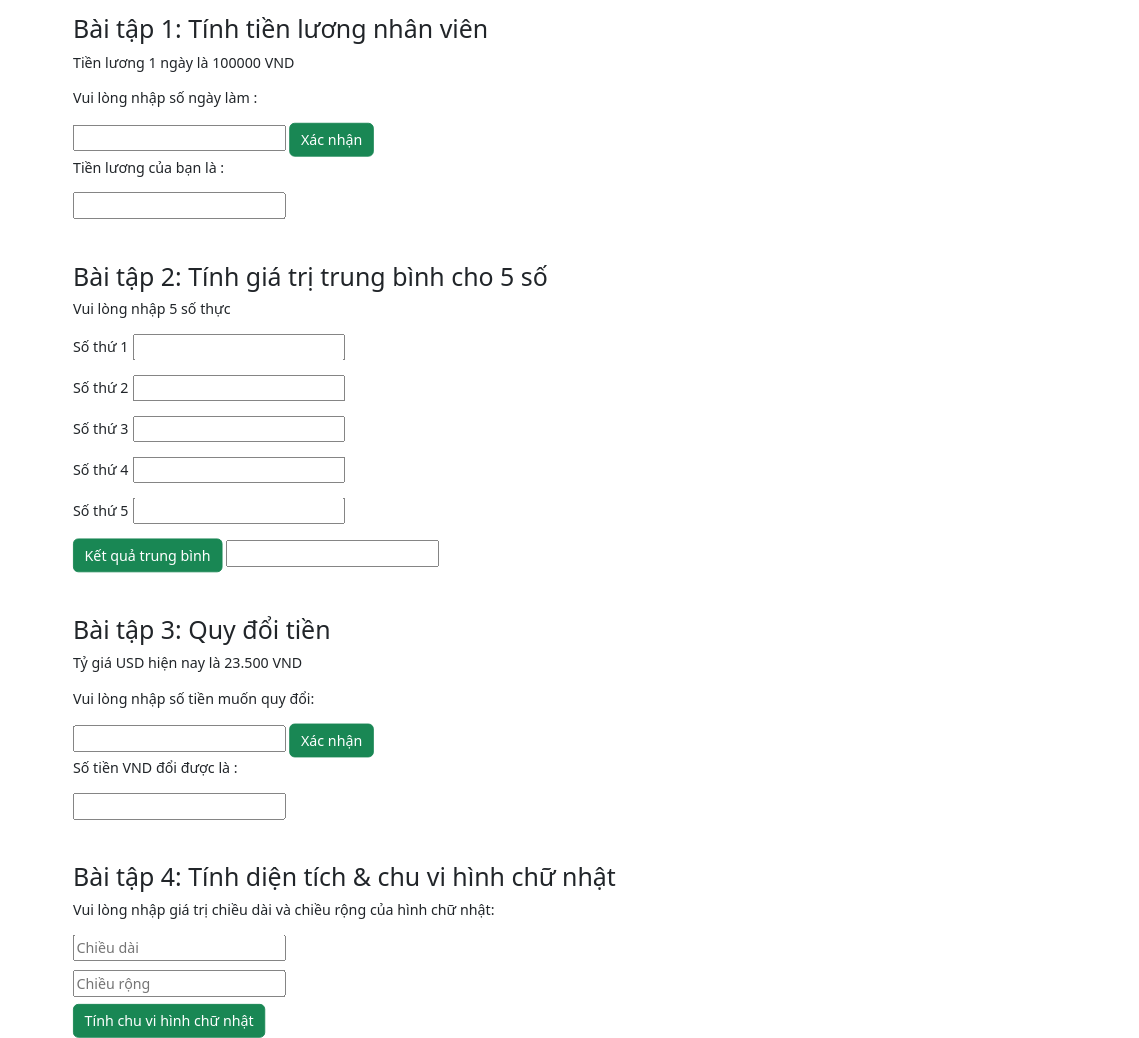
Repository: hcozyph/TranHuuPhuoc_BC43_BT_JS_Buoi2
Page: index.html
These files come from the project's save history. The page is drawn as it stood at one moment and after a run of saves; the edit follows.
The browser window is 1280 px wide. The pictures show the whole page, at 89% of full size.

Above is the page before, as saved 2023-01-21 22:47:57.

### index.html
<!DOCTYPE html>
<html lang="en">
    <head>
        <title>BT JS - Buoi 1</title>
        <!-- Required meta tags -->
        <meta charset="utf-8" />
        <meta
            name="viewport"
            content="width=device-width, initial-scale=1, shrink-to-fit=no"
        />

        <!-- Bootstrap CSS v5.2.1 -->
        <link
            href="https://cdn.jsdelivr.net/npm/bootstrap@5.2.1/dist/css/bootstrap.min.css"
            rel="stylesheet"
            integrity="sha384-iYQeCzEYFbKjA/T2uDLTpkwGzCiq6soy8tYaI1GyVh/UjpbCx/TYkiZhlZB6+fzT"
            crossorigin="anonymous"
        />

        <!-- FontAwesome 6.2.0 CSS -->
        <link
            rel="stylesheet"
            href="https://cdnjs.cloudflare.com/ajax/libs/font-awesome/6.2.0/css/all.min.css"
            integrity="sha512-xh6O/CkQoPOWDdYTDqeRdPCVd1SpvCA9XXcUnZS2FmJNp1coAFzvtCN9BmamE+4aHK8yyUHUSCcJHgXloTyT2A=="
            crossorigin="anonymous"
            referrerpolicy="no-referrer"
        />

        <!-- index.css -->
        <link rel="stylesheet" href="./style/index.css" />
    </head>

    <body>
        <!-- BT1 -->
        <div class="container">
            <div class="BT1">
                <h1 class="fs-3 mt-3">Bài tập 1: Tính tiền lương nhân viên</h1>
                <p>Tiền lương 1 ngày là 100000 VND</p>
                <p>Vui lòng nhập số ngày làm :</p>
                <input type="number" id="soNgayLam" />
                <button
                    class="btn btn-success"
                    id="btnXacNhan"
                    onclick="inputSoNgayLam()"
                >
                    Xác nhận
                </button>
                <p>Tiền lương của bạn là :</p>
                <input type="text" id="result" />
            </div>

            <!-- BT2 -->
            <div class="BT2">
                <h1 class="fs-3 mt-5">
                    Bài tập 2: Tính giá trị trung bình cho 5 số
                </h1>
                <p>Vui lòng nhập 5 số thực</p>

                <p>Số thứ 1 <input type="number" id="n1" /></p>
                <p>Số thứ 2 <input type="number" id="n2" /></p>
                <p>Số thứ 3 <input type="number" id="n3" /></p>
                <p>Số thứ 4 <input type="number" id="n4" /></p>
                <p>Số thứ 5 <input type="number" id="n5" /></p>

                <button
                    class="btn btn-success"
                    id="btnAverage"
                    onclick="average()"
                >
                    Kết quả trung bình
                </button>
                <input type="text" id="average" />
            </div>

            <!-- BT3 -->
            <div class="BT3">
                <h1 class="fs-3 mt-5">Bài tập 3: Quy đổi tiền</h1>
                <p>Tỷ giá USD hiện nay là 23.500 VND</p>
                <p>Vui lòng nhập số tiền muốn quy đổi:</p>

                <input type="number" id="inputUsd" />
                <button
                    class="btn btn-success"
                    id="btnTradeMoney"
                    onclick="tradeMoney ()"
                >
                    Xác nhận
                </button>

                <p>Số tiền VND đổi được là :</p>
                <input type="text" id="tradeMoney" />
            </div>

            <!-- BT4 -->
            <div class="BT4">
                <div>
                    <h1 class="fs-3 mt-5">
                        Bài tập 4: Tính diện tích & chu vi hình chữ nhật
                    </h1>
                    <p>
                        Vui lòng nhập giá trị chiều dài và chiều rộng của hình
                        chữ nhật:
                    </p>

                    <input type="number" id="length" placeholder="Chiều dài" />
                    <br />
                    <input
                        style="margin-top: 10px"
                        type="number"
                        id="width"
                        placeholder="Chiều rộng"
                    />
                </div>

                <button class="btn btn-success mt-2">
                    Tính chu vi hình chữ nhật
                </button>
            </div>
        </div>

        <!-- Bootstrap JavaScript Libraries -->
        <script
            src="https://cdn.jsdelivr.net/npm/@popperjs/core@2.11.6/dist/umd/popper.min.js"
            integrity="sha384-oBqDVmMz9ATKxIep9tiCxS/Z9fNfEXiDAYTujMAeBAsjFuCZSmKbSSUnQlmh/jp3"
            crossorigin="anonymous"
        ></script>

        <script
            src="https://cdn.jsdelivr.net/npm/bootstrap@5.2.1/dist/js/bootstrap.min.js"
            integrity="sha384-7VPbUDkoPSGFnVtYi0QogXtr74QeVeeIs99Qfg5YCF+TidwNdjvaKZX19NZ/e6oz"
            crossorigin="anonymous"
        ></script>

        <!-- index.js -->
        <script src="./index.js"></script>
    </body>
</html>

### index.js
//BT1: Tính tiền lương nhân viên
function inputSoNgayLam () {
    //input
    var soNgayLam = document.getElementById('soNgayLam').value;
    var luongMotNgay = 100000;
    //output
    var result = 0;

    var result = parseInt(soNgayLam) * parseInt(luongMotNgay);

    document.getElementById('result').value = result.toLocaleString() + ' VND';
}

//BT2: Tính trung bình cộng 5 số
function average () {
    //input
    var n1 = document.getElementById('n1').value;
    var n2 = document.getElementById('n2').value;
    var n3 = document.getElementById('n3').value;
    var n4 = document.getElementById('n4').value;
    var n5 = document.getElementById('n5').value;
    //output
    var average = 0;
    var soLuongInput = 5;

    var sum = parseFloat(n1) + parseFloat(n2) + parseFloat(n3) + parseFloat(n4) + parseFloat(n5);

    var average =  sum / parseFloat(soLuongInput) ;

    document.getElementById('average').value = average;
}

//BT3: Quy đổi tiền
function tradeMoney () {
    //input
    var inputUsd = document.getElementById('inputUsd').value;
    var tyGia = 23500;

    //output
    var tradeMoney = 0;

    var tradeMoney = parseInt(inputUsd) * parseInt(tyGia);
    document.getElementById('tradeMoney').value = tradeMoney.toLocaleString() + ' VND';


}










/*
Link vercel:
https://tran-huu-phuoc-bc-43-bt-js-buoi1.vercel.app/
*/

Loaded but not shown: style/index.css (no stored copy; drawn as an empty file)

After the next 2 saves:
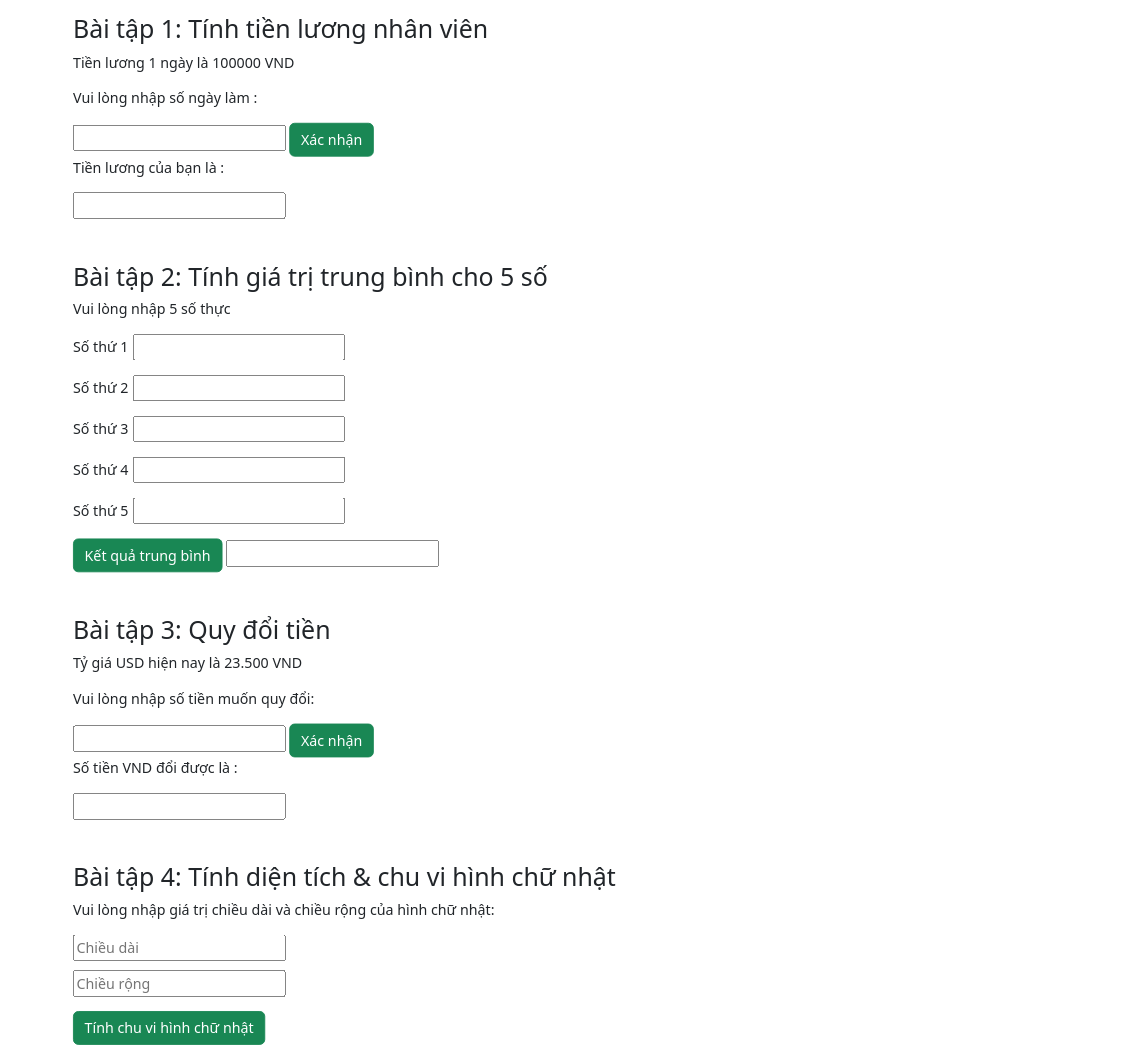
The 2 saves are shown as one change because they came seconds apart.
The last was saved 10 s later.
--- a/index.html
+++ b/index.html
@@ -112,7 +112,7 @@
                     />
                 </div>
 
-                <button class="btn btn-success mt-2">
+                <button class="btn btn-success mt-3">
                     Tính chu vi hình chữ nhật
                 </button>
             </div>
